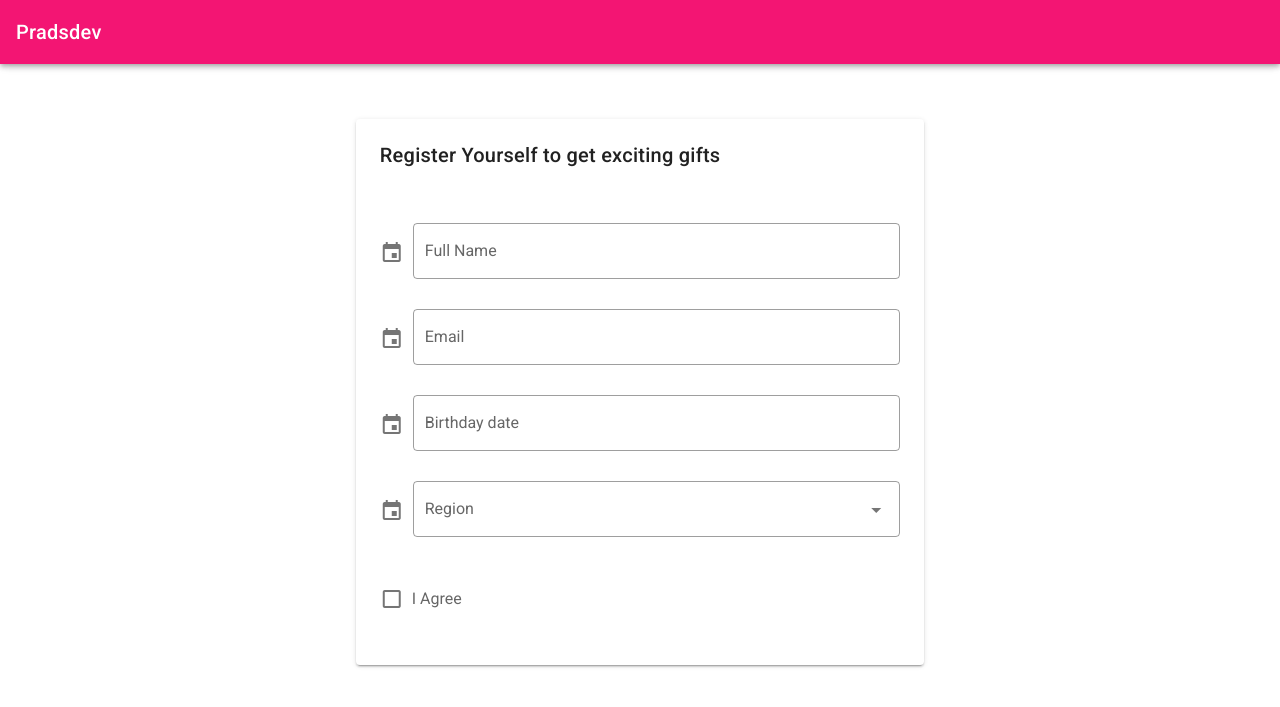
Repository: pradsdev/vue-form-validate
Page: /
These files come from the project's save history. The page is drawn as it stood at one moment and after the next save; the edit follows.
The browser window is 1280 px wide. The pictures show the whole page.
The project was rebuilt for these pictures with package versions that can differ from the ones it lists, and the page was loaded fresh each time. Also part of the build but not shown: vue.config.js.

Above is the page before, as saved 2020-12-21 23:24:28.

### src/App.vue
<template>
  <v-app>
    <v-app-bar
      app
      color="primary"
      dark
    >
      <div class="d-flex align-center">
        <div class="title">
          Pradsdev
        </div>
      </div>
    </v-app-bar>

    <v-main>
      <HelloWorld/>
    </v-main>
  </v-app>
</template>

<script>
import HelloWorld from './components/HelloWorld'

export default {
  name: 'App',

  components: {
    HelloWorld
  },

  data: () => ({
    //
  })
}
</script>

### src/plugins/vuetify.js
import Vue from 'vue'
import Vuetify from 'vuetify/lib/framework'

Vue.use(Vuetify)

export default new Vuetify({
  theme: {
    options: {
      customProperties: true
    },
    themes: {
      light: {
        primary: '#f31573',
        secondary: '#424242',
        accent: '#82B1FF',
        error: '#FF5252',
        info: '#2196F3',
        success: '#4CAF50',
        warning: '#FFC107'
      }
    }
  }
})

### src/components/HelloWorld.vue
<template>
  <v-container fill-height>
    <v-row class="text-center justify-center">
      <v-col cols="6">
        <v-card>
          <v-card-title class="py-5 mx-2">
            Register Yourself to get exciting gifts
          </v-card-title>
          <v-form class="mx-6 py-8">
            <v-text-field
              outlined
              label="Full Name"
              prepend-icon="mdi-calendar"
            />
            <v-text-field
              outlined
              label="Email"
              prepend-icon="mdi-calendar"
            />
            <v-menu
              ref="menu"
              v-model="menu"
              :close-on-content-click="false"
              transition="scale-transition"
              offset-y
              min-width="290px"
            >
              <template v-slot:activator="{ on, attrs }">
                <v-text-field
                  v-model="date"
                  label="Birthday date"
                  prepend-icon="mdi-calendar"
                  readonly
                  outlined
                  v-bind="attrs"
                  v-on="on"
                />
              </template>
              <v-date-picker
                ref="picker"
                v-model="date"
                :max="new Date().toISOString().substr(0, 10)"
                min="1950-01-01"
                @change="save"
              />
            </v-menu>
            <v-select
              :items="items"
              label="Region"
              outlined
              prepend-icon="mdi-calendar"
            />
            <v-checkbox
              v-model="checkbox"
              label="I Agree "
            />
          </v-form>
        </v-card>
      </v-col>
    </v-row>
  </v-container>
</template>

<script>
export default {
  name: 'HelloWorld',
  data: () => ({
    date: null,
    menu: false,
    items: ['Africa', 'Americas', 'Asia', 'Europe', 'Oceania'],
    checkbox: false
  }),
  watch: {
    menu (val) {
      val && setTimeout(() => (this.$refs.picker.activePicker = 'YEAR'))
    }
  },
  methods: {
    save (date) {
      this.$refs.menu.save(date)
    }
  }
}
</script>

Loaded but not shown: public/index.html (common file); src/main.js (common file)

After the next save:
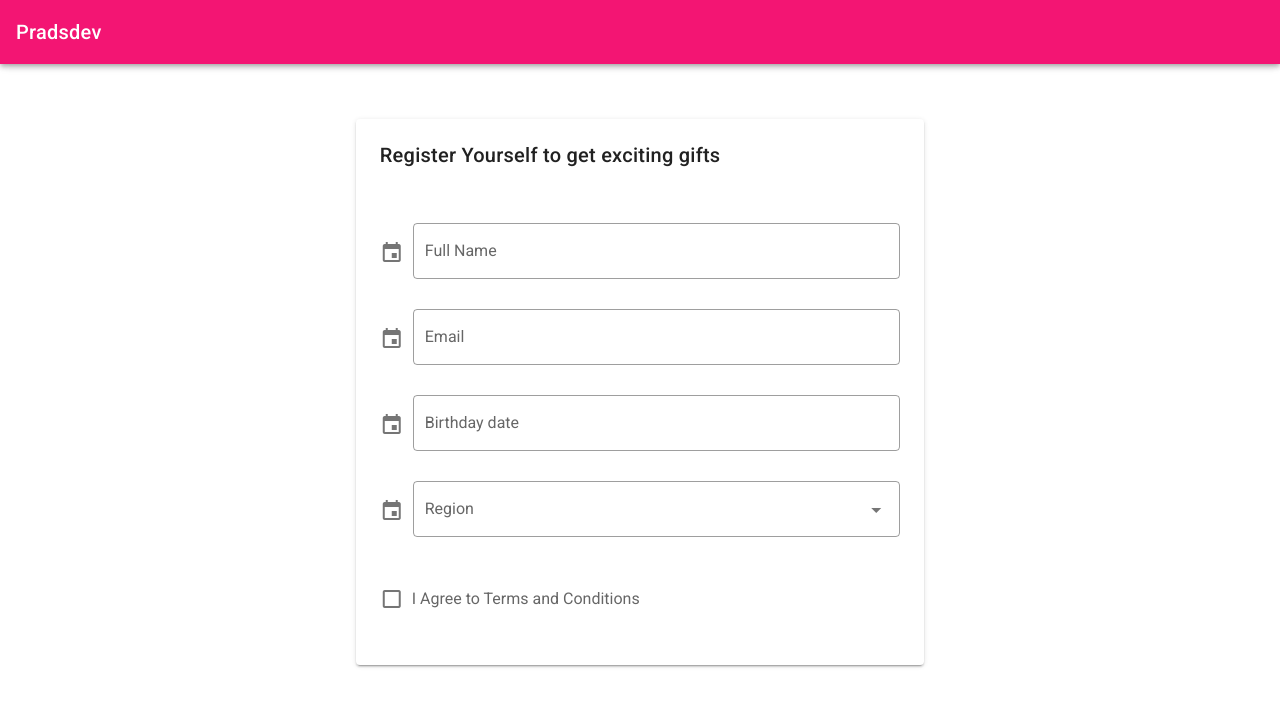
Saved 11 s later.
--- a/src/components/HelloWorld.vue
+++ b/src/components/HelloWorld.vue
@@ -52,7 +52,7 @@
             />
             <v-checkbox
               v-model="checkbox"
-              label="I Agree "
+              label="I Agree to Terms and Conditions"
             />
           </v-form>
         </v-card>
